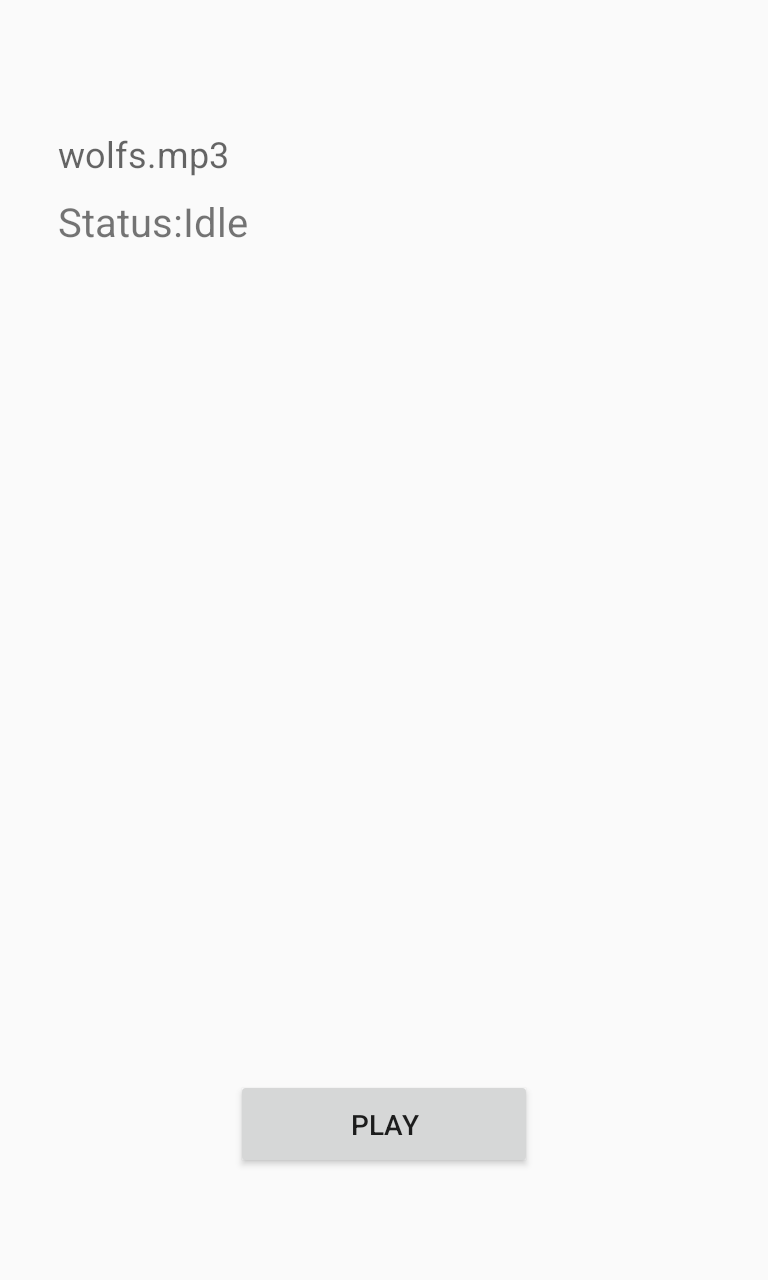
Repository: AlvaroCortez/Assigment2
Layout: AudioPlayer/res/layout/media_player_layout.xml
An editor plug-in stored every save of this project. The layout is shown before and after the next save, followed by the edit.
It is drawn on a 768 x 1280 px phone screen (xhdpi) without system bars, with theme AppTheme; the app's code is not run.

Above is the layout before, as saved 2014-06-03 14:59:27.

After the next save:
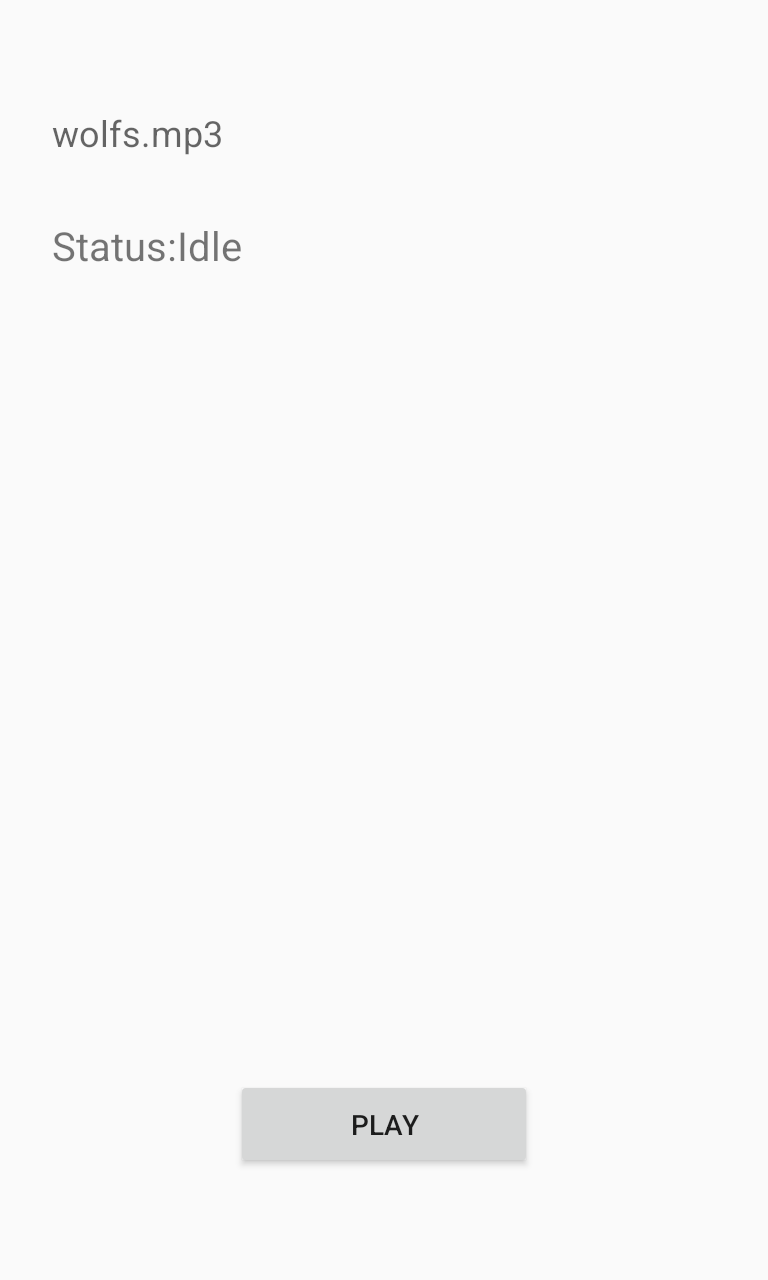
Saved 19 h 52 min later.
--- a/AudioPlayer/res/layout/media_player_layout.xml
+++ b/AudioPlayer/res/layout/media_player_layout.xml
@@ -19,8 +19,8 @@
         android:layout_height="wrap_content"
         android:layout_alignParentLeft="true"
         android:layout_alignParentTop="true"
-        android:layout_marginLeft="29dp"
-        android:layout_marginTop="97dp"
+        android:layout_marginLeft="26dp"
+        android:layout_marginTop="109dp"
         android:gravity="center|left"
         android:text="@string/textView_text"
         android:textSize="20sp" />
@@ -29,9 +29,9 @@
         android:id="@+id/mp3_text"
         android:layout_width="wrap_content"
         android:layout_height="wrap_content"
-        android:layout_alignBottom="@+id/status_text"
         android:layout_alignLeft="@+id/status_text"
-        android:layout_marginBottom="35dp"
+        android:layout_alignParentTop="true"
+        android:layout_marginTop="54dp"
         android:text="@string/text_mp3"
         android:textAppearance="?android:attr/textAppearanceMedium" />
 
